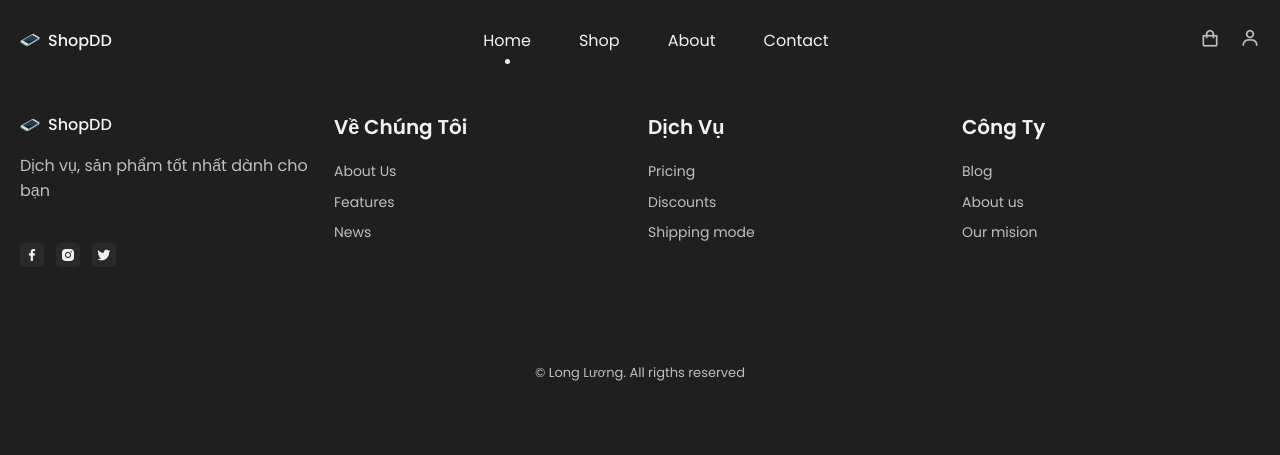
Repository: long5122000/Shopc
Page: contact.html
These files come from the project's save history. The page is drawn as it stood at one moment and after the next save; the edit follows.
The browser window is 1280 px wide. The pictures show the whole page.
The style sheet was rebuilt from its Sass, Less or Tailwind sources for each picture, by a compiler version that may differ from the author's.

Above is the page before, as saved 2021-12-01 09:32:51.

### contact.html
<!DOCTYPE html>
<html lang="en">
  <head>
    <meta charset="UTF-8" />
    <meta http-equiv="X-UA-Compatible" content="IE=edge" />
    <meta name="viewport" content="width=device-width, initial-scale=1.0" />
    <title>ShopDD</title>
    <link rel="shortcut icon" href="favicon.png" type="image/x-icon" />
    <link
      rel="stylesheet"
      href="https://unpkg.com/swiper@7/swiper-bundle.min.css"
    />
    <link
      rel="stylesheet"
      href="https://cdn.jsdelivr.net/npm/boxicons@latest/css/boxicons.min.css"
    />
    <link rel="stylesheet" href="./css/app.css" />
  </head>
  <body>
    <header class="header" id="header">
      <nav class="nav container">
        <a href="" class="nav__logo">
          <img src="./images/logo-3.png" alt="" class="nav__logo-img" />
          ShopDD
        </a>
        <div class="nav__menu" id="nav-menu">
          <ul class="nav__list">
            <li class="nav__item">
              <a href="#" class="nav__link active-link">Home</a>
            </li>
            <li class="nav__item">
              <a href="#" class="nav__link">Shop</a>
            </li>
            <li class="nav__item">
              <a href="./about.html" class="nav__link">About</a>
            </li>
            <li class="nav__item">
              <a href="./contact.html" class="nav__link">Contact</a>
            </li>

            <!-- <a href="" class="button button--ghost">Support</a> -->
          </ul>

          <div class="nav__close" id="nav-close">
            <i class="bx bx-x"></i>
          </div>
          <!-- <img src="./images/nav-img.png" alt="" class="nav__img" /> -->
        </div>
        <div class="nav__btns">
          <!-- Theme change button -->

          <div class="nav__shop" id="cart-shop">
            <i class="bx bx-shopping-bag"></i>
          </div>

          <div class="nav__shop" id="info-user">
            <i class="bx bx-user"></i>
          </div>

          <div class="nav__toggle" id="nav-toggle">
            <i class="bx bx-grid-alt"></i>
          </div>
        </div>
      </nav>
    </header>

    <div class="cart" id="cart">
      <i class="bx bx-x cart__close" id="cart-close"></i>

      <h2 class="cart__title-center">My Cart</h2>

      <div class="cart__container">
        <article class="cart__card">
          <div class="cart__box">
            <img src="./images/new-1.png" alt="" class="cart__img" />
          </div>

          <div class="cart__details">
            <h3 class="cart__title">Jazzmaster</h3>
            <span class="cart__price">$1050</span>

            <div class="cart__amount">
              <div class="cart__amount-content">
                <span class="cart__amount-box">
                  <i class="bx bx-minus"></i>
                </span>

                <span class="cart__amount-number">1</span>

                <span class="cart__amount-box">
                  <i class="bx bx-plus"></i>
                </span>
              </div>

              <i class="bx bx-trash-alt cart__amount-trash"></i>
            </div>
          </div>
        </article>

        <article class="cart__card">
          <div class="cart__box">
            <img src="./images/new-3.png" alt="" class="cart__img" />
          </div>

          <div class="cart__details">
            <h3 class="cart__title">Rose Gold</h3>
            <span class="cart__price">$850</span>

            <div class="cart__amount">
              <div class="cart__amount-content">
                <span class="cart__amount-box">
                  <i class="bx bx-minus"></i>
                </span>

                <span class="cart__amount-number">1</span>

                <span class="cart__amount-box">
                  <i class="bx bx-plus"></i>
                </span>
              </div>

              <i class="bx bx-trash-alt cart__amount-trash"></i>
            </div>
          </div>
        </article>

        <article class="cart__card">
          <div class="cart__box">
            <img src="./images/new-5.png" alt="" class="cart__img" />
          </div>

          <div class="cart__details">
            <h3 class="cart__title">Longines Rose</h3>
            <span class="cart__price">$980</span>

            <div class="cart__amount">
              <div class="cart__amount-content">
                <span class="cart__amount-box">
                  <i class="bx bx-minus"></i>
                </span>

                <span class="cart__amount-number">1</span>

                <span class="cart__amount-box">
                  <i class="bx bx-plus"></i>
                </span>
              </div>

              <i class="bx bx-trash-alt cart__amount-trash"></i>
            </div>
          </div>
        </article>
        <article class="cart__card">
          <div class="cart__box">
            <img src="./images/new-5.png" alt="" class="cart__img" />
          </div>

          <div class="cart__details">
            <h3 class="cart__title">Longines Rose</h3>
            <span class="cart__price">$980</span>

            <div class="cart__amount">
              <div class="cart__amount-content">
                <span class="cart__amount-box">
                  <i class="bx bx-minus"></i>
                </span>

                <span class="cart__amount-number">1</span>

                <span class="cart__amount-box">
                  <i class="bx bx-plus"></i>
                </span>
              </div>

              <i class="bx bx-trash-alt cart__amount-trash"></i>
            </div>
          </div>
        </article>
        <article class="cart__card">
          <div class="cart__box">
            <img src="./images/new-5.png" alt="" class="cart__img" />
          </div>

          <div class="cart__details">
            <h3 class="cart__title">Longines Rose</h3>
            <span class="cart__price">$980</span>

            <div class="cart__amount">
              <div class="cart__amount-content">
                <span class="cart__amount-box">
                  <i class="bx bx-minus"></i>
                </span>

                <span class="cart__amount-number">1</span>

                <span class="cart__amount-box">
                  <i class="bx bx-plus"></i>
                </span>
              </div>

              <i class="bx bx-trash-alt cart__amount-trash"></i>
            </div>
          </div>
        </article>
        <article class="cart__card">
          <div class="cart__box">
            <img src="./images/new-6.webp" alt="" class="cart__img" />
          </div>

          <div class="cart__details">
            <h3 class="cart__title">Longines Rose</h3>
            <span class="cart__price">$980</span>

            <div class="cart__amount">
              <div class="cart__amount-content">
                <span class="cart__amount-box">
                  <i class="bx bx-minus"></i>
                </span>

                <span class="cart__amount-number">1</span>

                <span class="cart__amount-box">
                  <i class="bx bx-plus"></i>
                </span>
              </div>

              <i class="bx bx-trash-alt cart__amount-trash"></i>
            </div>
          </div>
        </article>
      </div>

      <div class="cart__prices">
        <span class="cart__prices-item">3 items</span>
        <span class="cart__prices-total">$2880</span>
      </div>
    </div>

    <div class="info" id="info">
      <i class="bx bx-x info__close" id="info-close"></i>
      <div class="info__btn">
        <a href="./login.html" class="button">Đăng nhập</a>
        <a href="./register.html" class="button">Đăng Ký</a>
      </div>
    </div>
    <main class="main">
      <section class="contact" id="contact"></section>
    </main>
    <footer class="footer section">
      <div class="footer__container container grid">
        <div class="footer__content">
          <a href="#" class="footer__logo">
            <img src="./images/logo-3.png" alt="" class="footer__logo-image" />
            ShopDD
          </a>
          <p class="footer__description">
            Dịch vụ, sản phẩm tốt nhất dành cho bạn
          </p>
          <div class="footer__social">
            <a
              href="https://www.facebook.com/"
              target="_blank"
              class="footer__social-link"
            >
              <i class="bx bxl-facebook"></i>
            </a>
            <a
              href="https://www.instagram.com/"
              target="_blank"
              class="footer__social-link"
            >
              <i class="bx bxl-instagram-alt"></i>
            </a>
            <a
              href="https://twitter.com/"
              target="_blank"
              class="footer__social-link"
            >
              <i class="bx bxl-twitter"></i>
            </a>
          </div>
        </div>
        <div class="footer__content">
          <h3 class="footer__title">Về Chúng Tôi</h3>
          <ul class="footer__links">
            <li>
              <a href="" class="footer__link">About Us</a>
            </li>
            <li>
              <a href="" class="footer__link">Features</a>
            </li>
            <li>
              <a href="" class="footer__link">News</a>
            </li>
          </ul>
        </div>
        <div class="footer__content">
          <h3 class="footer__title">Dịch Vụ</h3>
          <ul class="footer__links">
            <li>
              <a href="" class="footer__link">Pricing</a>
            </li>
            <li>
              <a href="" class="footer__link">Discounts</a>
            </li>
            <li>
              <a href="" class="footer__link">Shipping mode</a>
            </li>
          </ul>
        </div>
        <div class="footer__content">
          <h3 class="footer__title">Công Ty</h3>
          <ul class="footer__links">
            <li>
              <a href="" class="footer__link">Blog</a>
            </li>
            <li>
              <a href="" class="footer__link">About us</a>
            </li>
            <li>
              <a href="" class="footer__link">Our mision</a>
            </li>
          </ul>
        </div>
      </div>

      <span class="footer__copy">&#169; Long Lương. All rigths reserved</span>

      <div class="modal" id="modal__view">
        <div class="modal__main">
          <i class="bx bx-x modal__close" id="modal-close"></i>
          <div class="modal__image">
            <img src="./images/new-1.png" alt="" />
          </div>
          <div class="modal__content">
            <h3 class="modal__title">Tivi</h3>
            <p class="modal__desc">
              Lorem ipsum dolor sit amet consectetur adipisicing elit. Repellat
              laborum facilis harum quis aperiam laboriosam quasi deleniti velit
              est rerum animi consectetur voluptate culpa, quas, dolor illum
              fugit exercitationem sapiente?
            </p>
            <div class="modal__price">$167</div>
          </div>
          <a href="#!" class="button modal__button">Xem chi tiết</a>
        </div>
      </div>

      <!-- <img src="./images/footer1-img.png" alt="" class="footer__image-one" />
      <img src="./images/footer2-img.png" alt="" class="footer__image-two" /> -->
    </footer>

    <a href="#" class="scrollup" id="scroll-up">
      <i class="bx bx-up-arrow-alt scrollup__icon"></i>
    </a>
    <script src="https://unpkg.com/swiper@7/swiper-bundle.min.js"></script>
    <script src="scripts/scrollreveal.min.js"></script>
    <script src="./scripts/app.js"></script>
  </body>
</html>

### sass/app.scss
@import "variables";
@import "reset";
@import "mixin";
@import "base";
@import "header";
@import "cart";
@import "search";
@import "info";
@import "home";
@import "category";
@import "about";
@import "hot";
@import "discount";
@import "new";
@import "newsletter";
@import "footer";
@import "modal";
@import "scroll";
@import "register";
@import "login";
@import "breakpoints";

### sass/_variables.scss
@import url("https://fonts.googleapis.com/css2?family=Poppins:wght@400;500;600;900&display=swap");
:root {
  --header-height: 3.5rem;
  /* Colors */
  --hue: 14;
  --first-color: hsl(var(--hue), 91%, 54%);
  --menu-color: hsl(31, 76%, 74%);
  --button-color: hsl(0, 0%, 24%);
  --button-color-alt: hsl(0, 0%, 28%);
  --title-color: hsl(0, 0%, 95%);
  --text-color: hsl(0, 0%, 75%);
  --body-color: hsl(0, 0%, 12%);
  --container-color: hsl(0, 0%, 16%);
  --border-color: hsl(0, 0%, 20%);
  --border-color: hsl(0, 0%, 94%);
  --dark1: #3e363f;
  --dark2: #212527;
  --light1: #fffce8;
  --light2: #edf7f6;
  --red: #df4747;
  --green: #47df5b;
  --transition250: all 250ms ease-in-out;
  --transition500: all 500ms ease-in-out;
  /* Font and typography */
  --body-font: "Poppins", sans-serif;
  --biggest-font-size: 2rem;
  --h1-font-size: 1.5rem;
  --h2-font-size: 1.25rem;
  --h3-font-size: 1rem;
  --normal-font-size: 0.938rem;
  --small-font-size: 0.813rem;
  /* font weight */
  --font-medium: 500;
  --font-semi-bold: 600;
  --font-black: 900;
  /* margenes bottom */
  --mb-0-25: 0.25rem;
  --mb-0-5: 0.5rem;
  --mb-0-75: 0.75rem;
  --mb-1: 1rem;
  --mb-1-5: 1.5rem;
  --mb-2: 2rem;
  --mb-2-5: 2.5rem;
  /* z-index */
  --z-tooltip: 10;
  --z-fixed: 100;

  @media screen and (min-width: 992px) {
    --biggest-font-size: 4rem;
    --h1-font-size: 2.25rem;
    --h2-font-size: 1.5rem;
    --h3-font-size: 1.25rem;
    --normal-font-size: 1rem;
    --small-font-size: 0.875rem;
    --smaller-font-size: 0.813rem;
  }
}

/*=============== GOOGLE FONTS ===============*/

### sass/_reset.scss
html {
  box-sizing: border-box;
}
* {
  margin: 0;
  padding: 0;
}
*,
*:before,
*:after {
  box-sizing: border-box;
}
input,
textarea,
select,
button {
  outline: none;
  border: none;
}
input {
  line-height: normal;
}
label,
button {
  cursor: pointer;
}
a {
  text-decoration: none;
}
img {
  display: block;
  max-width: 100%;
}

### sass/_mixin.scss
@mixin flex(
  $align: flex-start,
  $justify: flex-start,
  $wrap: nowrap,
  $dir: row
) {
  display: flex;
  justify-content: $justify;
  align-items: $align;
  flex-wrap: $wrap;
  flex-direction: $dir;
}
@mixin maxw($breakpoint) {
  @media screen and (max-width: $breakpoint) {
    @content;
  }
}
@mixin minw($breakpoint) {
  @media screen and (min-width: $breakpoint) {
    @content;
  }
}
@mixin center {
  display: flex;
  justify-content: center;
  align-items: center;
}

### sass/_base.scss
* {
  box-sizing: border-box;
  padding: 0;
  margin: 0;
}
html {
  scroll-behavior: smooth;
}
body {
  margin: var(--header-height) 0 0 0;
  font-family: var(--body-font);
  font-size: var(--normal-font-size);
  background: var(--body-color);
  color: var(--text-color);
}
h1,
h2,
h3,
h4 {
  color: var(--title-color);
  font-weight: var(--font-semi-bold);
}
ul {
  list-style: none;
}
.section {
  padding: 4.5rem 0 2rem;
}
.section__title {
  font-size: var(--h2-font-size);
  margin-bottom: var(--mb2);
  text-align: center;
}
.container {
  max-width: 1240px;
  margin-left: var(--mb-1-5);
  margin-right: var(--mb-1-5);
}
.grid {
  display: grid;
}
.main {
  overflow: hidden;
}
::-webkit-scrollbar {
  width: 0.6rem;
  background: #413e3e;
}
::-webkit-scrollbar-thumb {
  background: #272525;
  border-radius: 0.5rem;
}
.button {
  display: inline-block;
  background-color: var(--first-color);
  color: var(--title-color);
  padding: 1rem 1.75rem;
  border-radius: 0.5rem;
  font-weight: var(--font-medium);
  transition: 0.3s;
  &:hover {
    background-color: var(--first-color-alt);
  }
  &--ghost {
    border: 2px solid;
    background-color: transparent;
    border-radius: 3rem;
    padding: 0.75rem 1.5rem;
    &:hover {
      background: none;
    }
  }
  &__icon {
    font-size: 1.25rem;
  }
  &--link {
    color: var(--title-color);
  }
  &--flex {
    display: inline-flex;
    align-items: center;
    column-gap: 0.5rem;
  }
}

### sass/_search.scss
.search-box {
  width: 1px;
  height: 30px;
  background-color: rgb(88, 88, 88);
  position: relative;

  transition: all 0.5s ease;
  border-radius: 15px;
}

.search-box.open {
  width: 220px;
}

.search-input {
  width: 100%;
  height: 100%;
  border: none;
  box-shadow: none;
  background: transparent;
  color: #fff;
  padding: 20px 20px;
  font-size: 20px;
}

.search-btn {
  color: rgba(191, 191, 191);
  outline: none;
  border: none;

  position: absolute;
  right: -0;
  top: 0;
  cursor: pointer;
  font-size: 25px;
  background-color: transparent;
}

### sass/_info.scss
.info {
  position: fixed;
  background-color: rgb(59, 59, 59);
  z-index: var(--z-fixed);
  width: 100%;
  height: 100%;
  top: 0;
  right: -100%;
  padding: 5.5rem 1rem;
  transition: 0.4s;
  overflow-y: scroll;
  &__close {
    font-size: 2rem;
    color: var(--title-color);
    position: absolute;
    top: 1.25rem;
    right: 0.9rem;
    cursor: pointer;
  }
}
.show-info {
  right: 0;
}

### sass/_home.scss
.home {
  &__content {
    row-gap: 1rem;
  }
  &__group {
    display: grid;
    position: relative;
    padding-top: 2rem;
  }
  &__image {
    height: 250px;
    justify-self: center;
  }
  &__indicator {
    width: 8px;
    height: 8px;
    background-color: var(--title-color);
    border-radius: 50%;
    position: absolute;
    top: 7rem;
    right: 2rem;
    &::after {
      content: "";
      position: absolute;
      width: 1px;
      height: 48px;
      background-color: var(--title-color);
      top: -3rem;
      right: 45%;
    }
  }
  &__details {
    &-img {
      position: absolute;
      right: 0.5rem;
    }
    &-title,
    &-subtitle {
      display: block;
      font-size: var(--small-font-size);
      text-align: right;
    }
  }
  &__subtitle {
    font-size: var(--h3-font-size);
    text-transform: uppercase;
    margin-bottom: var(--mb-1);
  }
  &__title {
    font-size: var(--biggest-font-size);
    font-weight: var(--font-black);
    line-height: 109%;
    margin-bottom: var(--mb-1);
  }
  &__description {
    margin-bottom: var(--mb-1);
  }
  &__buttons {
    @include flex(center, space-between);
  }
}

.swiper {
  &-pagination {
    position: initial;
    margin-top: var(--mb-1);
    &-bullet {
      width: 5px;
      height: 5px;
      background-color: var(--title-color);
      opacity: 1;
    }
  }
}
.swiper-pagination-horizontal.swiper-pagination-bullets .swiper-pagination-bullet {
  margin: 0 0.5rem;
}
.swiper-pagination-bullet-active {
  width: 1.5rem;
  height: 5px;
  border-radius: 0.5rem;
}

### sass/_category.scss
.category {
  &__container {
    grid-template-columns: repeat(2, 1fr);
    gap: 1rem 2rem;
  }
  &__data {
    text-align: center;
  }
  &__image {
    width: 120px;
    margin: 0 auto;
    transition: 0.3s;
  }
  &__title {
    margin-bottom: var(--mb-0-25);
  }
  &__data:hover {
    .category {
      &__image {
        transform: translateY(-0.5rem);
      }
    }
  }
}
.scroll {
  &-header {
    background: var(--container-color);
  }
}

### sass/_about.scss
.about {
  &__container {
    row-gap: 2rem;
  }
  &__data {
    text-align: center;
  }
  &__description {
    margin-bottom: var(--mb-2);
  }
  &__image {
    width: 200px;
    justify-self: center;
  }
}

### sass/_hot.scss
.hot {
  &__container {
    grid-template-columns: repeat(2, 1fr);
    gap: 1.5rem;
    padding: 1rem;
  }
  &__content {
    position: relative;
    background: var(--container-color);
    border-radius: 1rem;
    padding: 1.5rem 0 1rem 0;
    text-align: center;
    overflow: hidden;

    &:hover .hot__image {
      transform: translateY(-0.5rem);
    }
    &:hover .hot__button {
      right: 0;
    }
  }
  &__image {
    width: 90px;
    transition: 0.3s;
    margin: 0 auto;
  }
  &__subtitle,
  &__price {
    display: block;
  }
  &__subtitle {
    font-size: var(--smaller-font-size);
    margin-bottom: var(--mb-0-5);
  }
  &__title,
  &__price {
    color: var(--title-color);
    font-weight: var(--font-medium);
    font-size: var(--normal-font-size);
  }
  &__button {
    display: flex;
    flex-direction: column;
    gap: 5px 0;
    padding: 0.5rem;
    border-radius: 0.25rem 0.25rem 0.75rem 0.25rem;
    position: absolute;
    right: -3rem;
    bottom: 0;
  }
  &__icon {
    font-size: 1.25rem;
    color: var(--title-color);
    &--bt {
      border-bottom: 1px solid gray;
      padding-bottom: 4px;
    }
    &:hover {
      color: var(--first-color);
    }
  }
}

### sass/_discount.scss
.discount {
  &__container {
    background: var(--container-color);
    border-radius: 1rem;
    padding: 2.5rem 0 1.5rem;
    row-gap: 0.75rem;
  }
  &__data {
    text-align: center;
  }
  &__title {
    font-size: var(--h2-font-size);
    margin-bottom: var(--mb-2);
  }
  &__image {
    width: 200px;
    justify-self: center;
  }
}

### sass/_newsletter.scss
.newsletter {
  &__description {
    text-align: center;
    margin-bottom: var(--mb-1-5);
  }
  &__form {
    background: var(--container-color);
    padding: 1rem;
    @include flex(center, space-between);
    // display: flex;
    // justify-content: space-between;
    border-radius: 0.75rem;
  }
  &__input {
    width: 70%;
    padding: 0 0.5rem;
    background: none;
    color: var(--title-color);
    &::placeholder {
      color: var(--text-color);
    }
  }
}

### sass/_footer.scss
.footer {
  position: relative;
  overflow: hidden;
  &__image {
    &-one,
    &-two {
      position: absolute;
      transition: 0.3s;
      &:hover {
        transform: translateY(-0.5rem);
      }
    }
    &-one {
      width: 100px;
      top: 6rem;
      right: -2rem;
    }
    &-two {
      width: 150px;
      bottom: 4rem;
      right: 4rem;
    }
  }
  &__container {
    row-gap: 2rem;
  }
  &__logo {
    @include flex(center);
    column-gap: 0.5rem;
    margin-bottom: var(--mb-1);
    font-weight: var(--font-medium);
    color: var(--title-color);
    &-image {
      width: 20px;
    }
  }
  &__description {
    margin-bottom: var(--mb-2-5);
  }
  &__social {
    display: flex;
    column-gap: 0.75rem;
    &-link {
      display: inline-flex;
      background: var(--container-color);
      padding: 0.25rem;
      border-radius: 0.25rem;
      color: var(--title-color);
      font-size: 1rem;
      &:hover {
        background: var(--body-color);
      }
    }
  }
  &__title {
    font-size: var(--h3-font-size);
    margin-bottom: var(--mb-1);
  }
  &__links {
    display: grid;
    row-gap: 0.35rem;
  }
  &__link {
    font-size: var(--small-font-size);
    color: var(--text-color);
    transition: 0.3s;
    &:hover {
      color: var(--title-color);
    }
  }
  &__copy {
    display: block;
    text-align: center;
    font-size: var(--smaller-font-size);
    margin-top: 4.5rem;
  }
}

### sass/_modal.scss
.modal {
  position: fixed;
  top: 0;
  height: 100%;
  width: 100%;
  background: var(--container-color);
  transition: var(--transition250);
  opacity: 0;
  visibility: hidden;
  z-index: 100;
  border-radius: 8px;
  &__main {
    display: grid;
    grid-template-columns: 1fr;
    padding: 0 10px;
  }
  &__image {
    height: 100%;
    width: 100%;
    margin-top: var(--mb-2-5);
  }
  &__title {
    font-size: var(--h1-font-size);
    text-align: center;
    margin-top: var(--mb-2);
    margin-bottom: var(--mb-1-5);
  }
  &__desc {
    margin-bottom: var(--mb-1-5);
  }
  &__price {
    font-size: var(--h2-font-size);
    color: var(--first-color);
    margin-bottom: var(--mb-1-5);
  }
  &__button {
    text-align: center;
  }
  &__close {
    position: absolute;
    right: 5px;
    top: 5px;
    font-size: 2.5rem;
  }
}
.show-modal {
  opacity: 1;
  visibility: unset;
}

### sass/_scroll.scss
.scrollup {
  position: fixed;
  background: var(--first-color);
  right: 1rem;
  bottom: -20%;
  display: inline-flex;
  padding: 0.3rem;
  border-radius: 0.25rem;
  z-index: var(--z-tooltip);
  opacity: 0.8;
  transition: 0.4s;
  &:hover {
    background: var(--container-color);
    opacity: 1;
  }
  &__icon {
    font-size: 1.2rem;
    color: var(--title-color);
  }
}
.show-scroll {
  bottom: 3rem;
}

### sass/_login.scss
.login {
  &__container {
    position: absolute;
    top: 50%;
    left: 50%;
    transform: translate(-50%, -50%);
    width: 300px;
    background: white;
    border-radius: 10px;
    box-shadow: 0px 0px 15px rgba(0, 0, 0, 0.05);
  }
  &__title {
    text-align: center;
    padding-top: 20px;
    color: var(--first-color);
  }
}
form {
  padding: 0 40px;
}
.form-control {
  position: relative;
  border-bottom: 2px solid #adadad;
  margin: 40px 0;
}

.form-control.success {
  border-bottom-color: var(--first-color);
}

.form-control.error {
  border-bottom-color: #e74c3c;
}

.form-control input {
  width: 100%;
  height: 40px;
  font-size: 16px;
  border: none;
  background: none;
  outline: none;
}

small {
  position: absolute;
  left: 0;
  top: 100%;
  margin-top: 3px;
  color: #e74c3c;
}

.form-control span::before {
  content: "";
  position: absolute;
  top: 40px;
  left: 0;
  width: 0%;
  height: 2px;
  background: var(--first-color);
  transition: 0.3s;
}

.form-control input:focus ~ span::before {
  width: 100%;
}

input[type="submit"] {
  margin-top: 20px;
  width: 100%;
  height: 50px;
  border: 1px solid;
  background: var(--first-color);
  border-radius: 25px;
  font-size: 18px;
  color: #e9f4fb;
  font-weight: 700;
  cursor: pointer;
  outline: none;
  transition: 0.5s;
}

input[type="submit"]:hover {
  background-color: #fc7b6d;
}

.signup_link {
  margin: 25px 0;
  text-align: center;
  font-size: 16px;
  color: #666666;
}

.signup_link a {
  color: var(--first-color);
  text-decoration: none;
}

.signup_link a:hover {
  text-decoration: underline;
}

Loaded but not shown: scripts/scrollreveal.min.js (library); scripts/app.js (146 lines, source omitted); sass/_breakpoints.scss (367 lines, source omitted); sass/_cart.scss (106 lines, source omitted); sass/_new.scss (84 lines, source omitted); sass/_header.scss (97 lines, source omitted); sass/_register.scss (100 lines, source omitted)

After the next save:
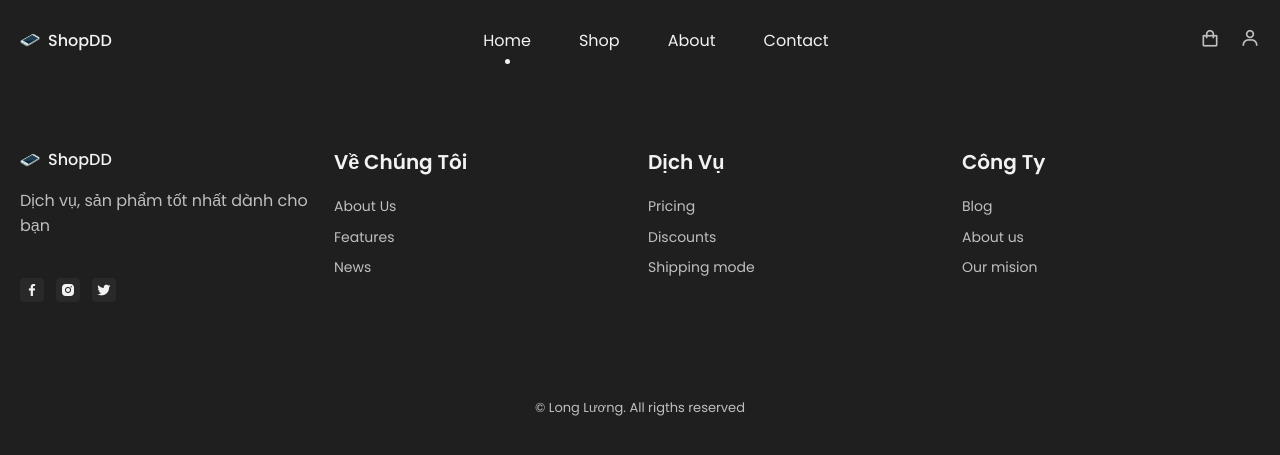
Saved 67 s later.
--- a/contact.html
+++ b/contact.html
@@ -244,7 +244,9 @@
       </div>
     </div>
     <main class="main">
-      <section class="contact" id="contact"></section>
+      <section class="contact container" id="contact">
+        <h1 class="contact__title">Hãy Kết Nối Với Chúng Tôi</h1>
+      </section>
     </main>
     <footer class="footer section">
       <div class="footer__container container grid">
